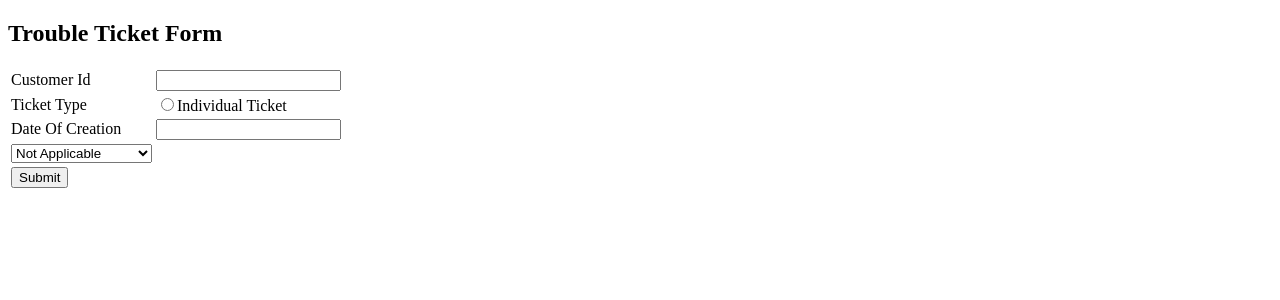
Repository: ApoorvaVeluri/JavaProject
Page: http://localhost/userinterface/Input.jsp
An editor plug-in stored every save of this project. The page is shown before and after the next save, followed by the edit.
The browser window is 1280 px wide. The pictures show the whole page.
The page is served by Tomcat 9.

Above is the page before, as saved 2015-08-20 10:46:06.

After the next save:
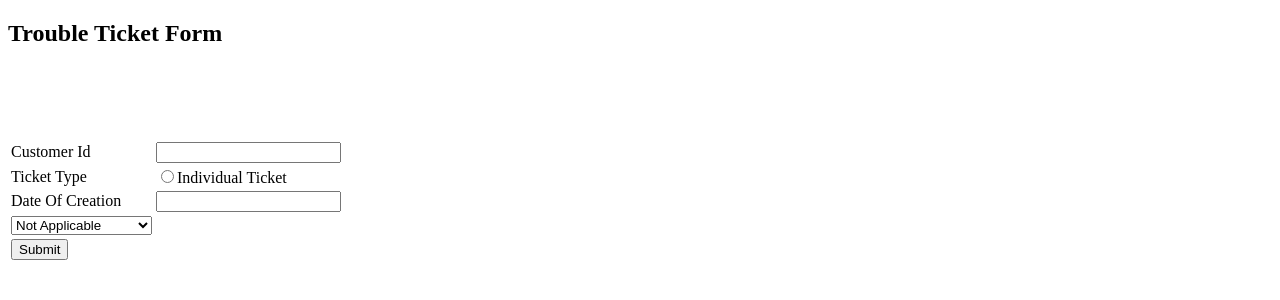
Saved 116 s later.
--- a/html/userinterface/WebContent/Input.jsp
+++ b/html/userinterface/WebContent/Input.jsp
@@ -10,22 +10,26 @@
 	<h2>Trouble Ticket Form</h2>
 	<form method="POST" action="">
 		<table>
+		<div align="center"><br></div>
 			<tr>
 				<td>Customer Id</td>
 				<td><input type="text" name="customerid" /></td>
 			</tr>
-
+			</div>
+			<div align="center"><br></div>
 			<tr>
 				<td>Ticket Type</td>
 				<td><input type="radio" name="index" value="ticket_type" />Individual Ticket</td>
 
 			</tr>
-
+ 			</div>
+ 			<div align="center"><br></div>
 			<tr>
 				<td>Date Of Creation</td>
 				<td><input type="text" name="Date" /></td>
 			</tr>
-
+			</div>
+			<div align="center"><br></div>
 			<tr>
 				<td><select name="Disposition Id">
 					<option value="Not Applicable">Not Applicable</option>
@@ -35,6 +39,7 @@
 				</select>
 				</td>
 			</tr>
+			</div>
 			<tr>
 				<td colspan="2"><input type="submit" value="Submit" /></td>
 			</tr>
